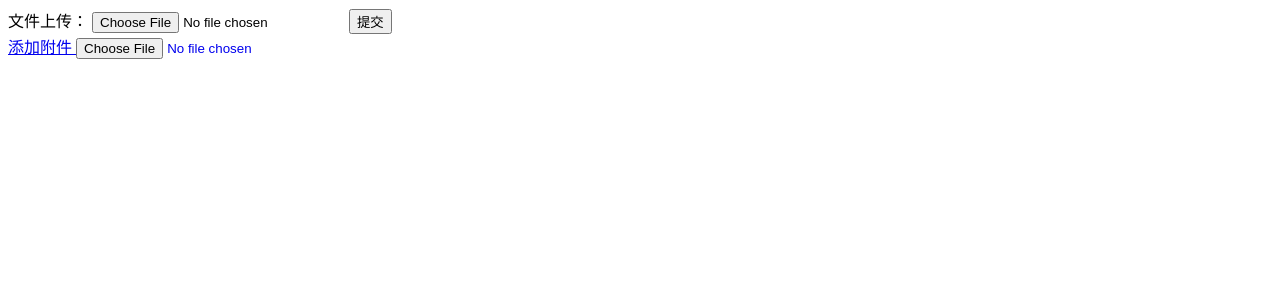
Repository: gongzheng-java/ProjectExample
Page: http://localhost/SSM/upload.jsp
These files come from the project's save history. The page is drawn as it stood at one moment and after the next save; the edit follows.
The browser window is 1280 px wide. The pictures show the whole page.
The page is served by Tomcat 9. Nobody is signed in. The application's start-up code is not run. Other server files are loaded and not shown.

Above is the page before, as saved 2019-03-03 07:37:06.

### SSM/src/main/webapp/upload.jsp
<%@ page language="java" contentType="text/html; charset=UTF-8"
    pageEncoding="UTF-8"%>
<!DOCTYPE html PUBLIC "-//W3C//DTD HTML 4.01 Transitional//EN" "http://www.w3.org/TR/html4/loose.dtd">
<html>
<head>
<meta http-equiv="Content-Type" content="text/html; charset=UTF-8">
<script type="text/javascript"  src="static/bootstrap/js/jquery-1.8.3.js"></script>
<script type="text/javascript"  src="static/bootstrap/js/jquery.min.js"></script>
<title>文件上传测试页面</title>
</head>
<body>
 <form id="myform"  method="post" >
     文件上传： <input id="aa" type="file" name="record"/>
      <input type="button" onclick="doUpload()" value="提交" />
   </form>
</body>

<a href="javascript:;" class="file">添加附件
    <input type="file" name="" id="fileId" onchange="upload()">
</a>
<script type="text/javascript">
function doUpload() {
    var formData = new FormData($( "#myform" )[0]);
    var file=$("aa").val();
    alert(file);
    $.ajax({
         url: 'upload/fileupload' ,
         type: 'POST',
         data: formData,
         async: false,
         cache: false,
         contentType: false,
         processData: false,
         success: function (returndata) {
             //alert(returndata);
         },
         error: function (returndata) {
             //alert(returndata);
         }
    });
}
</script>
</html>

Loaded but not shown: SSM/src/main/webapp/static/bootstrap/js/jquery-1.8.3.js (library); SSM/src/main/webapp/static/bootstrap/js/jquery.min.js (library)

After the next save:
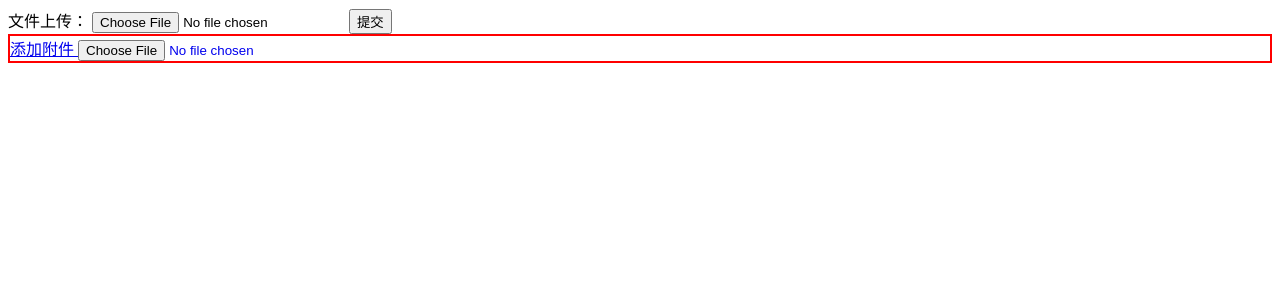
Saved 33 s later.
--- a/SSM/src/main/webapp/upload.jsp
+++ b/SSM/src/main/webapp/upload.jsp
@@ -14,10 +14,11 @@
       <input type="button" onclick="doUpload()" value="提交" />
    </form>
 </body>
-
+<div style="border: 2px solid red;">
 <a href="javascript:;" class="file">添加附件
     <input type="file" name="" id="fileId" onchange="upload()">
 </a>
+</div>
 <script type="text/javascript">
 function doUpload() {
     var formData = new FormData($( "#myform" )[0]);
